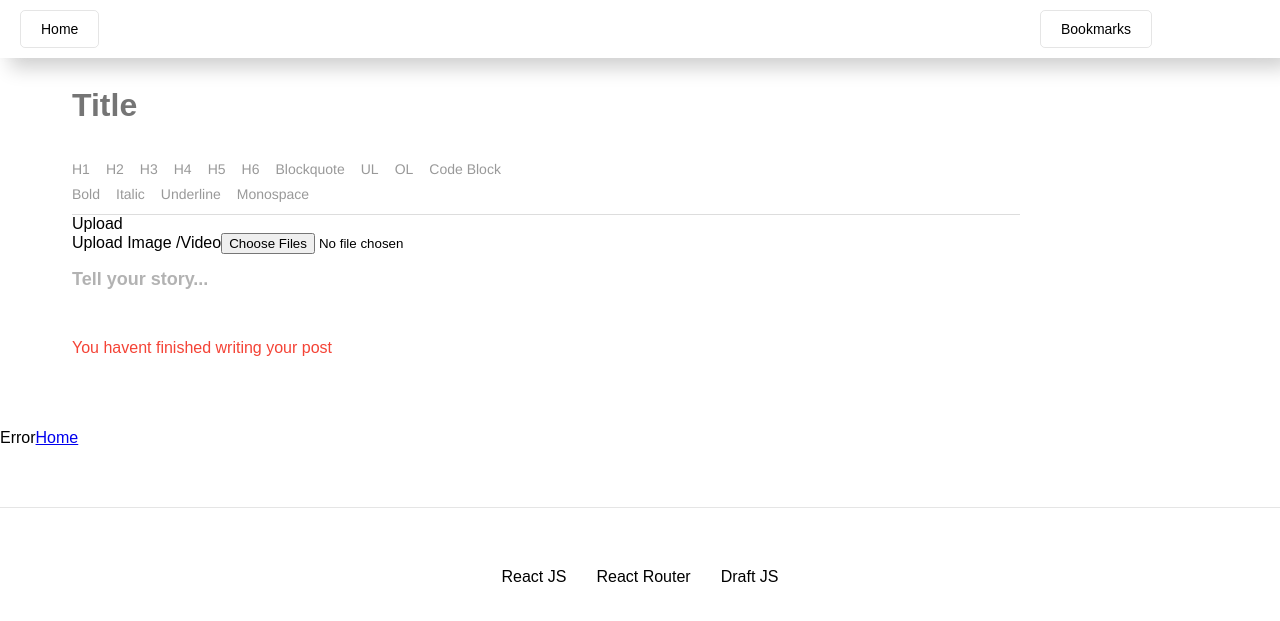
Repository: DevLaukey/task
Page: /react-mini-blog/new
The author's editor kept a copy of each file at every save. The page is drawn from the files as they stood at one save, then again after the next save.
The browser window is 1280 px wide. The pictures show the whole page.
The project was rebuilt for these pictures with package versions that can differ from the ones it lists, and the page was loaded fresh each time. Also part of the build but not shown: src/data.js, src/helper.js, src/Components/content/content.css, src/Components/content/Bookmarks.js, src/Components/content/Post.js, src/Components/content/Posts.js, src/Components/content/Content.js, src/Components/content/Bookmark.js and 1 more.

Above is the page before, as saved 2022-06-14 01:30:35.

After the next save:
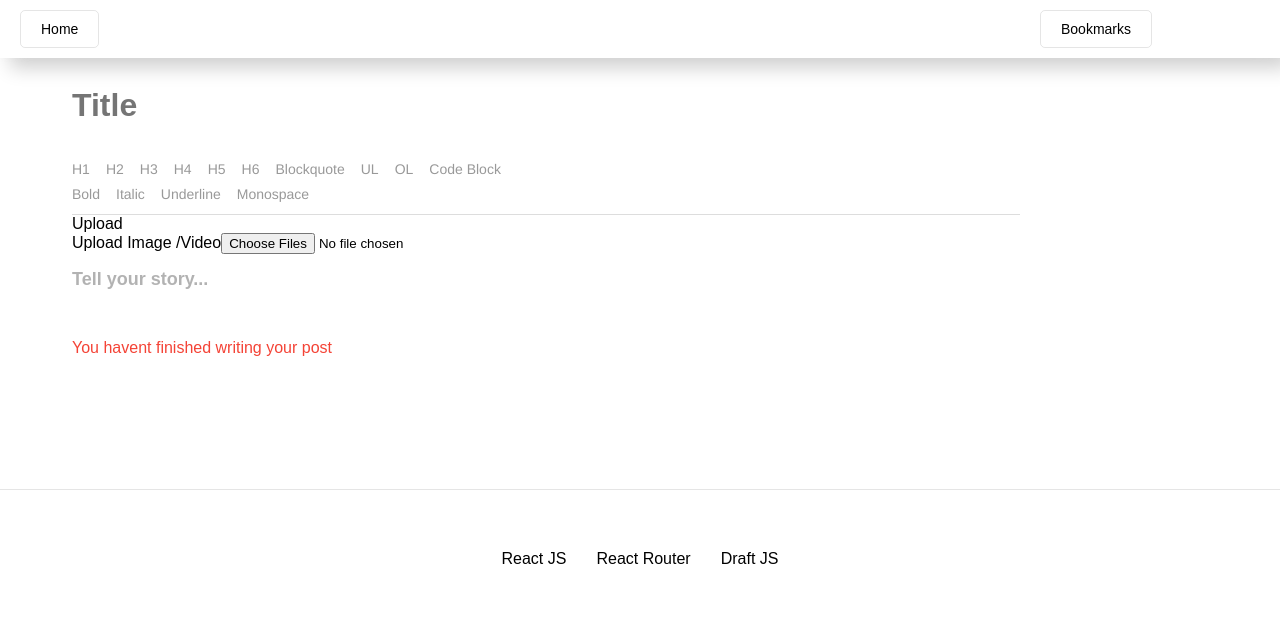
Saved 2 min 7 s later.
--- a/src/App.js
+++ b/src/App.js
@@ -106,7 +106,6 @@
               />
             )}
           />
-          <Route path="*" exact render={() => <Error404 />} />
 
           <Footer />
         </div>
